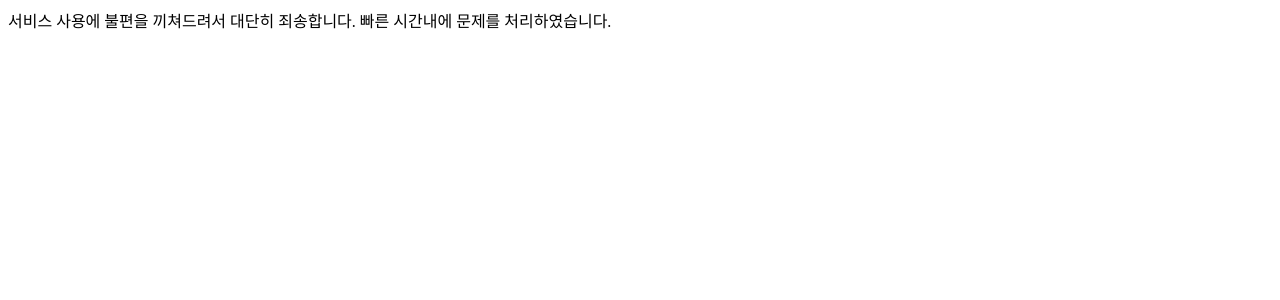
Repository: gugucon-hwan/ForStudyJSP
Page: http://localhost/StudyBasicJSP/error/500code.jsp
The author's editor kept a copy of each file at every save. The page is drawn from the files as they stood at one save, then again after the next save.
The browser window is 1280 px wide. The pictures show the whole page.
The page is served by Tomcat 9. Other server files are loaded and not shown.

Above is the page before, as saved 2020-08-18 01:29:52.

### StudyBasicJSP/WebContent/error/500code.jsp
<%@ page language="java" contentType="text/html; charset=UTF-8"
    pageEncoding="UTF-8"%>
  	<% response.setStatus(HttpServletResponse.SC_OK); %>
<!DOCTYPE html>
<html>
<head>
<meta charset="UTF-8">
<title>500에러 페이지</title>
</head>
<body>
	서비스 사용에 불편을 끼쳐드려서 대단히 죄송합니다.
	빠른 시간내에 문제를 처리하였습니다.
</body>
</html>

After the next save:
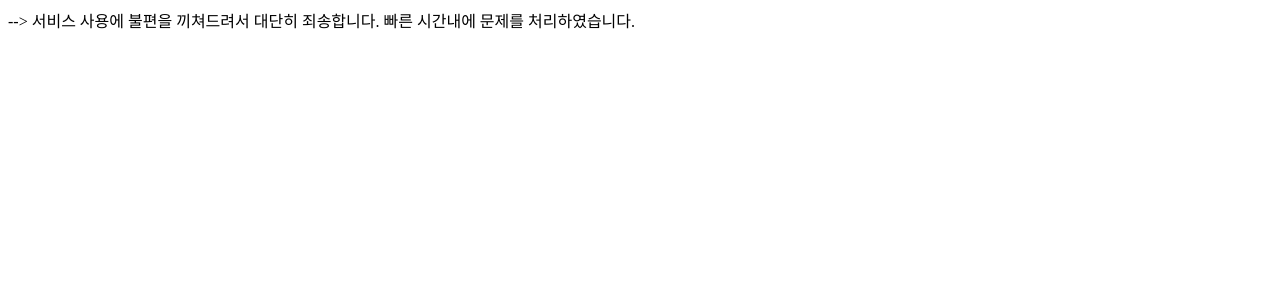
Saved 8 s later.
--- a/StudyBasicJSP/WebContent/error/500code.jsp
+++ b/StudyBasicJSP/WebContent/error/500code.jsp
@@ -1,6 +1,6 @@
 <%@ page language="java" contentType="text/html; charset=UTF-8"
     pageEncoding="UTF-8"%>
-  	<% response.setStatus(HttpServletResponse.SC_OK); %>
+  	<%--<% response.setStatus(HttpServletResponse.SC_OK); --%>-->
 <!DOCTYPE html>
 <html>
 <head>

After the 2 saves that followed:
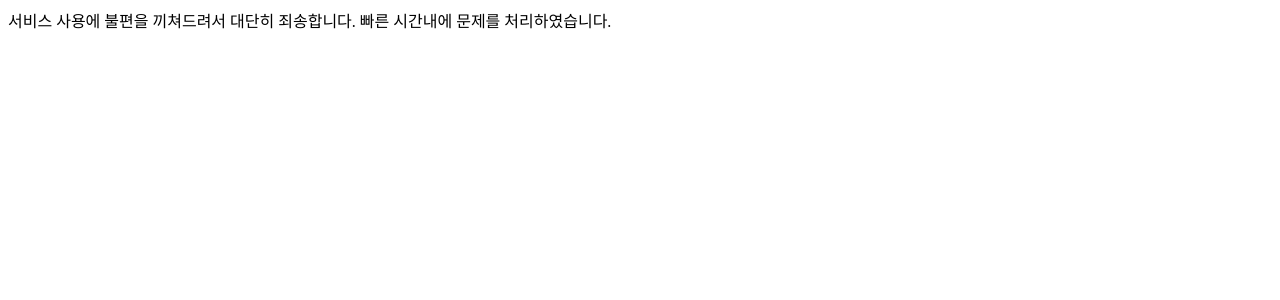
The 2 saves are shown as one change because they came seconds apart.
The last was saved 35 s later.
--- a/StudyBasicJSP/WebContent/error/500code.jsp
+++ b/StudyBasicJSP/WebContent/error/500code.jsp
@@ -1,6 +1,6 @@
 <%@ page language="java" contentType="text/html; charset=UTF-8"
     pageEncoding="UTF-8"%>
-  	<%--<% response.setStatus(HttpServletResponse.SC_OK); --%>-->
+  	<% response.setStatus(HttpServletResponse.SC_OK); %>
 <!DOCTYPE html>
 <html>
 <head>
